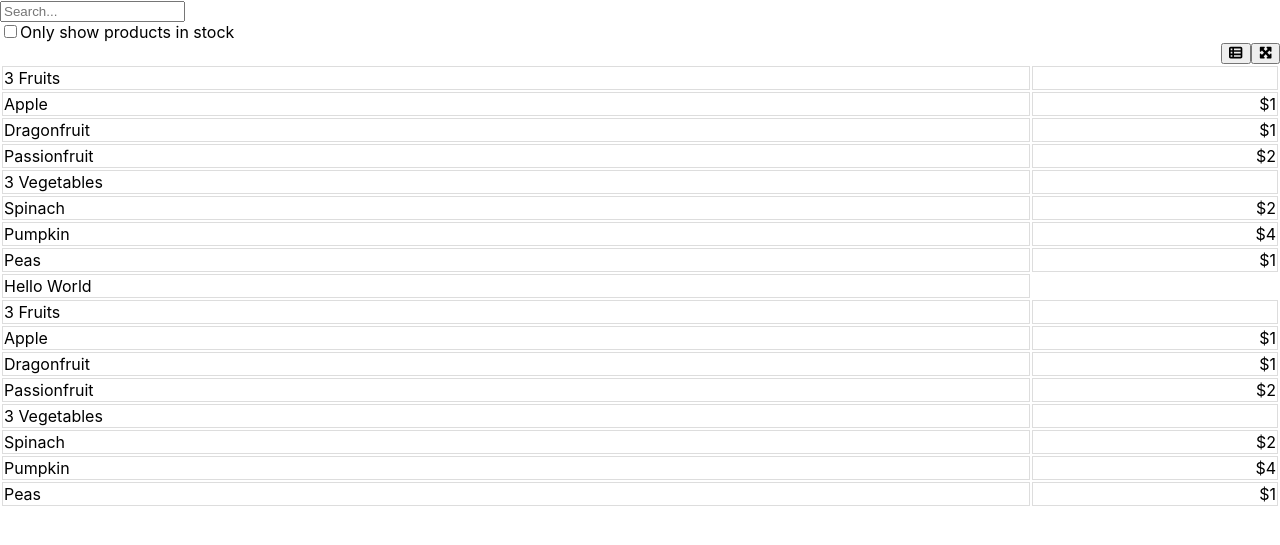
Repository: mariocapitbrok/reactjs-learn
Page: / (app in 05_filtered-data-table/)
The author's editor kept a copy of each file at every save. The page is drawn from the files as they stood at one save, then again after the next save.
The browser window is 1280 px wide. The pictures show the whole page.
The project was rebuilt for these pictures with package versions that can differ from the ones it lists, and the page was loaded fresh each time. Also part of the build but not shown: 05_filtered-data-table/src/components/Table/Caption.jsx, 05_filtered-data-table/src/components/Table/TBody.jsx, 05_filtered-data-table/src/components/Table/Tr.jsx, 05_filtered-data-table/src/components/Table/Th.jsx.

Above is the page before, as saved 2023-02-28 14:00:54.

After the next save:
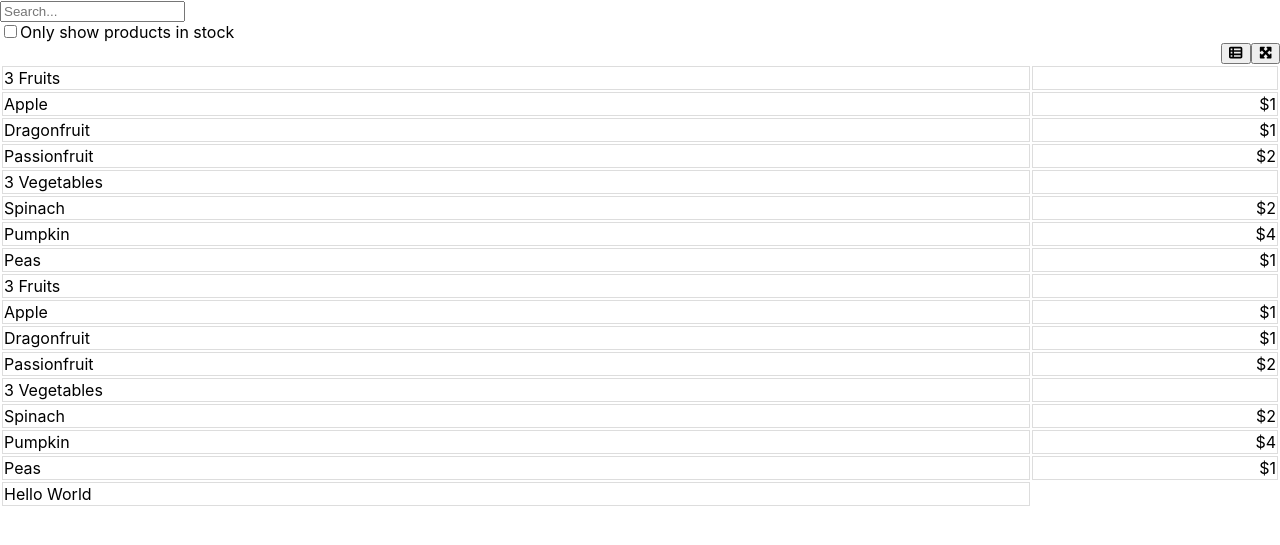
Saved 21 s later.
--- a/05_filtered-data-table/src/data/tableData.js
+++ b/05_filtered-data-table/src/data/tableData.js
@@ -37,8 +37,8 @@ console.log(jsxRows) */
 
 const tableData = (
   <>
-    <TFoot>{jsxRows}</TFoot>
-    <TFoot jsxRows={jsxRows} />
+    <THead>{jsxRows}</THead>
+    <THead jsxRows={jsxRows} />
     <tbody>
       <tr>
         <Td>Hello World</Td>
